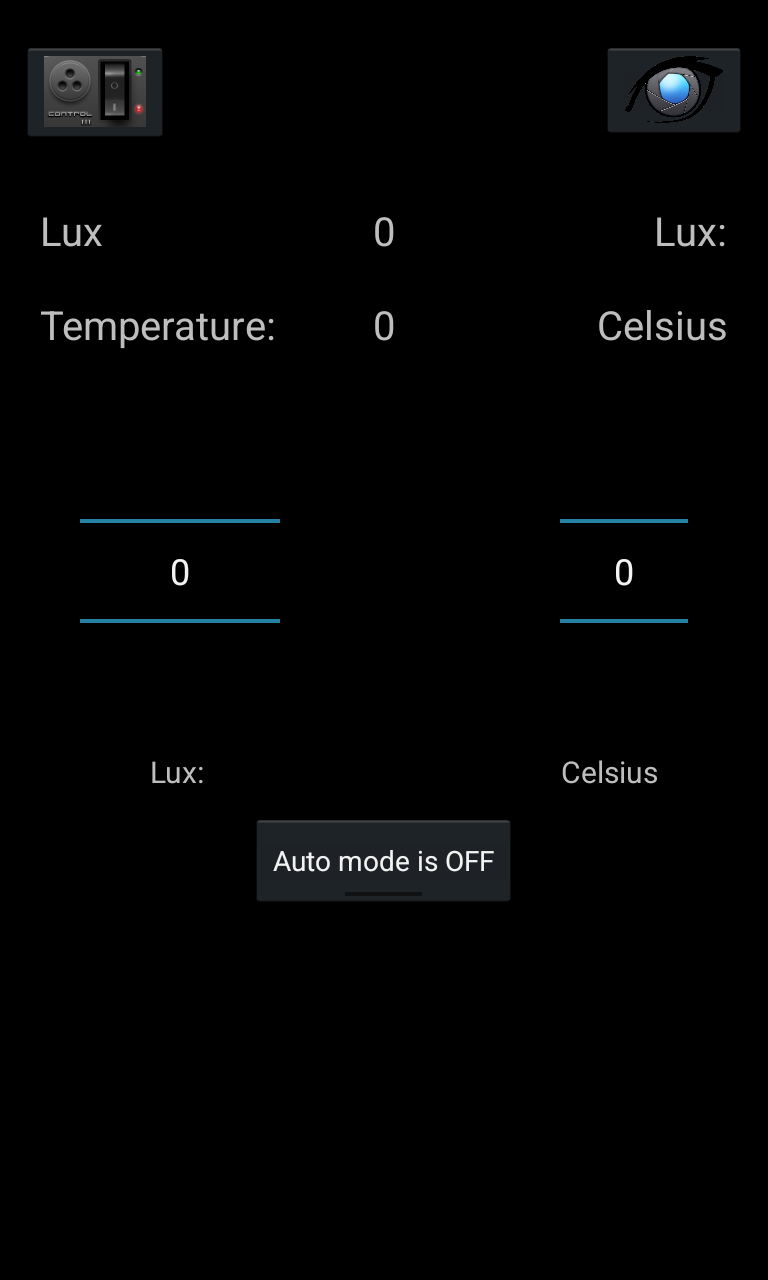
Repository: deanzaka/Shroom_IOIO_OpenCV
Layout: samples/IOIOSimpleApp/res/layout/main.xml
The author's editor kept a copy of each file at every save. The layout is drawn from the files as they stood at one save, then again after the next save.
It is drawn on a 768 x 1280 px phone screen (xhdpi) without system bars, with theme android:Theme.Holo; the app's code is not run.

Above is the layout before, as saved 2014-06-04 10:09:24.

After the next save:
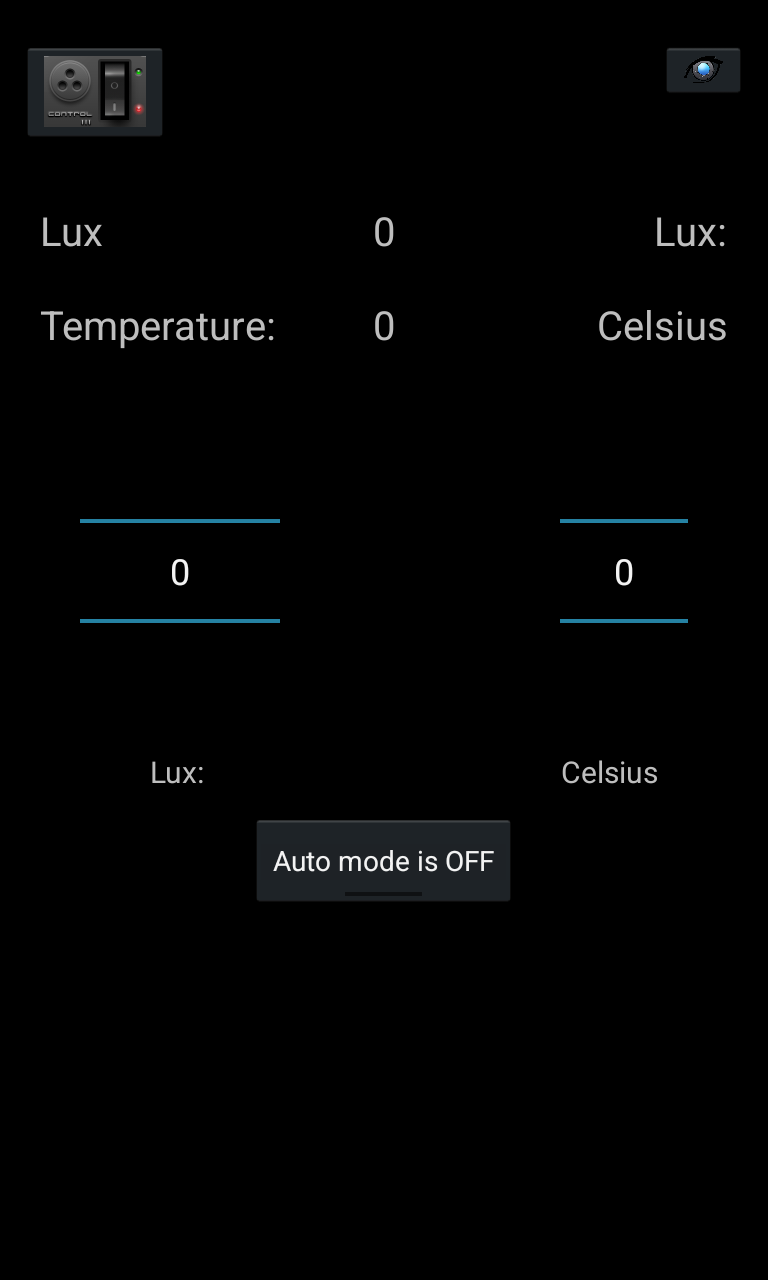
Saved 50 s later.
--- a/samples/IOIOSimpleApp/res/layout/main.xml
+++ b/samples/IOIOSimpleApp/res/layout/main.xml
@@ -19,7 +19,7 @@
             android:layout_margin="10dp"
             android:layout_alignParentRight="true"
             android:maxWidth="75dp"
-  			android:maxHeight="50dp"
+  			android:maxHeight="30dp"
   			android:scaleType="fitCenter"
             android:adjustViewBounds="true"
             android:onClick="ColorBlobSetup"
